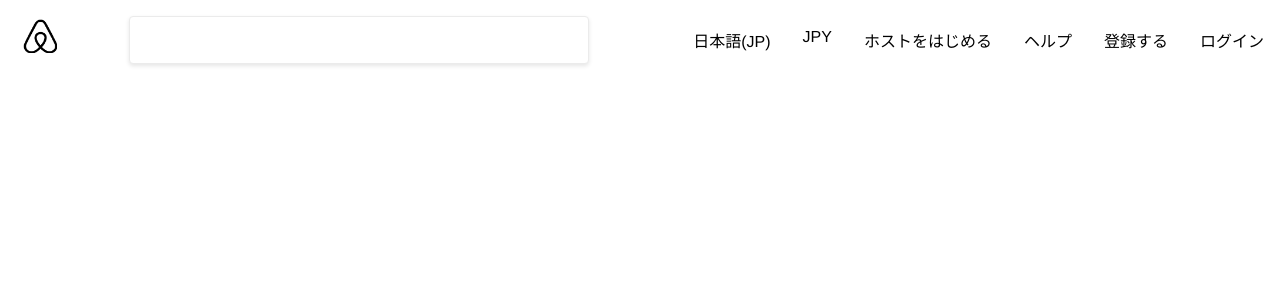
Repository: Ryoma-tech/20200622_htmlcss01
Page: index.html
An editor plug-in stored every save of this project. The page is shown before and after the next save, followed by the edit.
The browser window is 1280 px wide. The pictures show the whole page.
The pointer rests on the first visible `nav>ul>li>a`.

Above is the page before, as saved 2020-06-23 02:41:19.

After the next save:
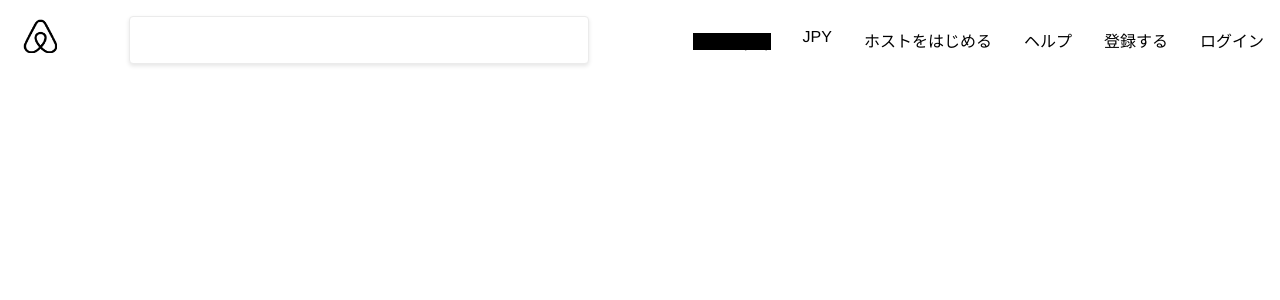
Saved 24 s later.
--- a/style.css
+++ b/style.css
@@ -52,4 +52,5 @@
 
 nav>ul>li>a:hover {
     border-bottom: #000000;
+    background-color: #000000;
 }

After the save that followed:
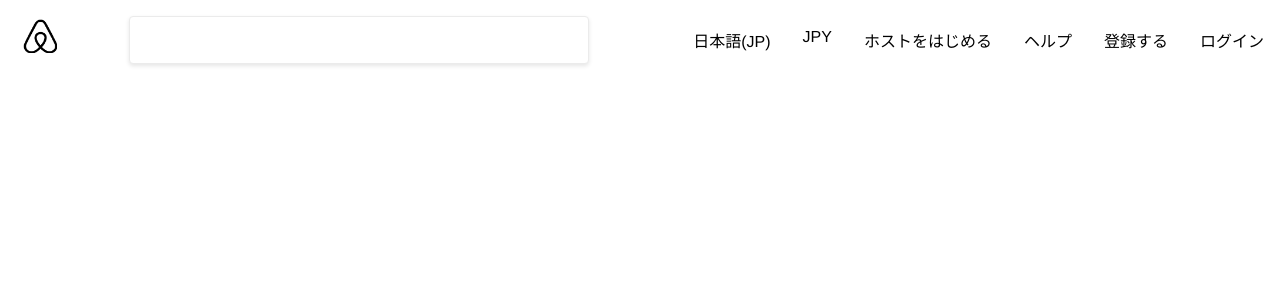
Saved 9 s later.
--- a/style.css
+++ b/style.css
@@ -52,5 +52,4 @@
 
 nav>ul>li>a:hover {
     border-bottom: #000000;
-    background-color: #000000;
 }
